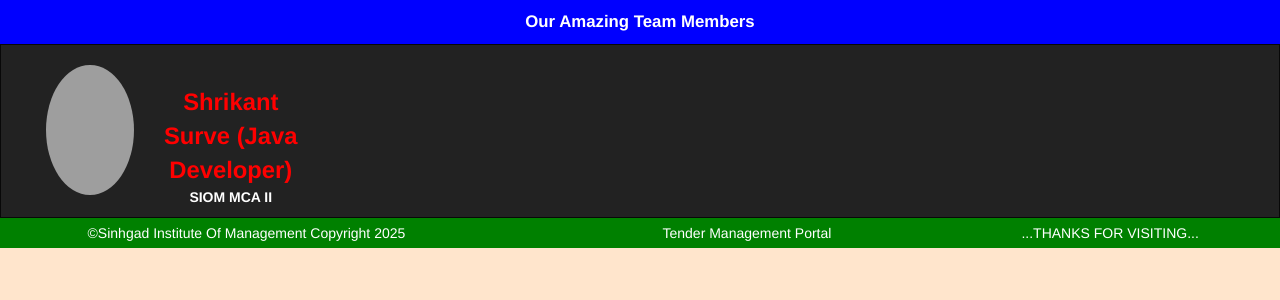
Repository: ShrikantSurve57/Tender-Allotment
Page: http://localhost/tendermanagement/footer.jsp
The author's editor kept a copy of each file at every save. The page is drawn from the files as they stood at one save, then again after the next save.
The browser window is 1280 px wide. The pictures show the whole page.
Pictures or frames that could not be fetched are drawn as grey boxes. Some web fonts or font styles are not loaded; a fallback is used. The page is served by Tomcat 9. Other server files are loaded and not shown.

Above is the page before, as saved 2026-01-19 09:27:55.

### tendermanagement/WebContent/footer.jsp
<%@ page language="java" contentType="text/html; charset=ISO-8859-1"
    pageEncoding="ISO-8859-1"%>
<!DOCTYPE html PUBLIC "-//W3C//DTD HTML 4.01 Transitional//EN" "http://www.w3.org/TR/html4/loose.dtd">
<html lang="en">
  <head>
    <link rel="shortcut icon" type="image/png" href="images/Banner_Hit.png">

    <meta charset="utf-8">
    <meta http-equiv="X-UA-Compatible" content="IE=edge">
    <meta name="viewport" content="width=device-width, initial-scale=1.0">
    <title>Tender Management System</title>
    <link rel="stylesheet" href="css/bootstrap.min.css">
    <link rel="stylesheet" href="css/annimate.css">
    <link href="css/font-awesome.min.css" type="text/css" rel="stylesheet">
    <link href="css/SpryTabbedPanels.css" type="text/css" rel="stylesheet">
    <!--link rel="stylesheet" href="css/styles.css"-->
    <link href="https://fonts.googleapis.com/css?family=Black+Ops+One" rel="stylesheet">
    <link href="css/bootstrap-dropdownhover.min.css">
    <link rel="stylesheet" href="css/style2.css">
  </head>
<body>
</div>
<!-- Now from here the footer section starts-->
<div class="navbar-inverse" style="color:white;padding:10px;margin-bottom:-20px;text-align: center;background-color:blue; border-radius: 0px">
                      <span style="font-size:1.2em;font-weight:bold;">Our Amazing Team Members</span>
</div><br/>
<div class="footer">
  <div class="navbar navbar-inverse" style="border-radius: 0px ;margin-bottom:0px">
          <div class="container-fluid ">

              <br>
              <!-- Developer 1 Mr. Shashi Raj-->
                <div class="col-md-3 col-xs-12 col-sm-3" >
                  <div class="col-md-5 col-xs-5 col-sm-5">
                    <img src=" images/Photoscan18.jpg" class="img-responsive img-circle pull-right" style="width:105px;height:130px;"alt="Shrikant SurveSite Developer" title="Shrikant Surve"/>
                  </div>
                  <div class="col-md-7 col-xs-7 col-sm-7">
                    <div class="developers pull-left" style="font-weight: bold; color:white;text-align: center;">
                    <br/>
                    <span style="font-size: 1.7em; color:red">Shrikant Surve (Java Developer)</span>
<!--                     <p><span>Web Developer</span></p>
 -->                    <p>SIOM MCA II</p>
                    </div>
                  </div>
                </div>







                <!-- Developer 5 Mr. Ayush Dutta-->


                 <br/>
                 <!-- <div style="color:white;text-align: center;">
                      <span>&copy; Copyright 2018</span><p> Aryabhatt Central Library</p>
                </div> -->
          </div> <!-- End of container class-->
    </div><!-- End of navbar class-->
  </div><!-- End of footer class-->
  <div class="navbar-inverse" style="color:white;padding:05px;margin-bottom:-17px;text-align: center;background-color:green; border-radius: 0px">
                      <span style="float:left;padding-left: 6.5%">&copy;Sinhgad Institute Of Management Copyright 2025</span><span style="padding-left:5%;">&nbsp; Tender Management Portal</span><span style="float:right;padding-right: 6%" class="hidden-xs">&nbsp;...THANKS FOR VISITING...</span>
</div><br/>
 <script src="js/jquery-2.1.4.min.js"></script>
  <script src="js/bootstrap.min.js"></script>
  <script src="js/ajax-utils.js"></script>
  <script src="js/script.js"></script>
  <script src="js/bootstrap-dropdownhover.min.js"></script>
</body>
</html>

### tendermanagement/WebContent/css/SpryTabbedPanels.css
@charset "UTF-8";

/* SpryTabbedPanels.css - version 0.6 - Spry Pre-Release 1.6.1 */

/* Copyright (c) 2006. Adobe Systems Incorporated. All rights reserved. */

/* Horizontal Tabbed Panels
 *
 * The default style for a TabbedPanels widget places all tab buttons
 * (left aligned) above the content panel.
 */

/* This is the selector for the main TabbedPanels container. For our
 * default style, this container does not contribute anything visually,
 * but it is floated left to make sure that any floating or clearing done
 * with any of its child elements are contained completely within the
 * TabbedPanels container, to minimize any impact or undesireable
 * interaction with other floated elements on the page that may be used
 * for layout.
 *
 * If you want to constrain the width of the TabbedPanels widget, set a
 * width on the TabbedPanels container. By default, the TabbedPanels widget
 * expands horizontally to fill up available space.
 *
 * The name of the class ("TabbedPanels") used in this selector is not
 * necessary to make the widget function. You can use any class name you
 * want to style the TabbedPanels container.
 */
.TabbedPanels {
	overflow: hidden;
	margin: 0px;
	padding: 0px;
	clear: none;
	width: 100%;
	box-shadow:1px 1px 10px #ccc;/* IE Hack to force proper layout when preceded by a paragraph. (hasLayout Bug)*/
}

/* This is the selector for the TabGroup. The TabGroup container houses
 * all of the tab buttons for each tabbed panel in the widget. This container
 * does not contribute anything visually to the look of the widget for our
 * default style.
 *
 * The name of the class ("TabbedPanelsTabGroup") used in this selector is not
 * necessary to make the widget function. You can use any class name you
 * want to style the TabGroup container.
 */
.TabbedPanelsTabGroup {
	margin: 0px;
	padding: 0px;
}

/* This is the selector for the TabbedPanelsTab. This container houses
 * the title for the panel. This is also the tab "button" that the user clicks
 * on to activate the corresponding content panel so that it appears on top
 * of the other tabbed panels contained in the widget.
 *
 * For our default style, each tab is positioned relatively 1 pixel down from
 * where it wold normally render. This allows each tab to overlap the content
 * panel that renders below it. Each tab is rendered with a 1 pixel bottom
 * border that has a color that matches the top border of the current content
 * panel. This gives the appearance that the tab is being drawn behind the
 * content panel.
 *
 * The name of the class ("TabbedPanelsTab") used in this selector is not
 * necessary to make the widget function. You can use any class name you want
 * to style this tab container.
 */
.TabbedPanelsTab {
	position: relative;
	border-radius:5px;
	top: 1px;
	float: left;
	padding: 10px 46.9px;
	margin: 0px 1px 0px 0px;
	font: bold 0.7em sans-serif;
	background-color: #DDD;
	list-style: none;
	/*border-left: solid 1px #880E4F;
	border-bottom: solid 1px #880E4F;
	border-top: solid 1px #880E4F;
	border-right: solid 1px #880E4F;*/
	-moz-user-select: none;
	-khtml-user-select: none;
	cursor: pointer;
}

/* This selector is an example of how to change the appearnce of a tab button
 * container as the mouse enters it. The class "TabbedPanelsTabHover" is
 * programatically added and removed from the tab element as the mouse enters
 * and exits the container.
 */
.TabbedPanelsTabHover {
	background-color: #CCC;
}

/* This selector is an example of how to change the appearance of a tab button
 * container after the user has clicked on it to activate a content panel.
 * The class "TabbedPanelsTabSelected" is programatically added and removed
 * from the tab element as the user clicks on the tab button containers in
 * the widget.
 *
 * As mentioned above, for our default style, tab buttons are positioned
 * 1 pixel down from where it would normally render. When the tab button is
 * selected, we change its bottom border to match the background color of the
 * content panel so that it looks like the tab is part of the content panel.
 */
.TabbedPanelsTabSelected {
	background-color: #EEE;
	border-bottom: 1px solid #EEE;
}

/* This selector is an example of how to make a link inside of a tab button
 * look like normal text. Users may want to use links inside of a tab button
 * so that when it gets focus, the text *inside* the tab button gets a focus
 * ring around it, instead of the focus ring around the entire tab.
 */
.TabbedPanelsTab a {
	color: black;
	text-decoration: none;
}

/* This is the selector for the ContentGroup. The ContentGroup container houses
 * all of the content panels for each tabbed panel in the widget. For our
 * default style, this container provides the background color and borders that
 * surround the content.
 *
 * The name of the class ("TabbedPanelsContentGroup") used in this selector is
 * not necessary to make the widget function. You can use any class name you
 * want to style the ContentGroup container.
 */
.TabbedPanelsContentGroup {
	clear: both;
	background-color: #fcfafa;
}

/* This is the selector for the Content panel. The Content panel holds the
 * content for a single tabbed panel. For our default style, this container
 * provides some padding, so that the content is not pushed up against the
 * widget borders.
 *
 * The name of the class ("TabbedPanelsContent") used in this selector is
 * not necessary to make the widget function. You can use any class name you
 * want to style the Content container.
 */
.TabbedPanelsContent {
	overflow: hidden;
	padding: 4px;
}

/* This selector is an example of how to change the appearnce of the currently
 * active container panel. The class "TabbedPanelsContentVisible" is
 * programatically added and removed from the content element as the panel
 * is activated/deactivated.
 */
.TabbedPanelsContentVisible {
	   /* border-left: 1px solid #531235;
    border-bottom: 1px solid #531235;
    border-right: 1px solid #531235;
	background:#f8f8f8;
	padding:20px 0;*/
}

/* Vertical Tabbed Panels
 *
 * The following rules override some of the default rules above so that the
 * TabbedPanels widget renders with its tab buttons along the left side of
 * the currently active content panel.
 *
 * With the rules defined below, the only change that will have to be made
 * to switch a horizontal tabbed panels widget to a vertical tabbed panels
 * widget, is to use the "VTabbedPanels" class on the top-level widget
 * container element, instead of "TabbedPanels".
 */

.VTabbedPanels {
	overflow: hidden;
	zoom: 1;
}

/* This selector floats the TabGroup so that the tab buttons it contains
 * render to the left of the active content panel. A border is drawn around
 * the group container to make it look like a list container.
 */
.VTabbedPanels .TabbedPanelsTabGroup {
	float: left;
	width: 10em;
	height: 20em;
	background-color: #EEE;
	position: relative;

}

/* This selector disables the float property that is placed on each tab button
 * by the default TabbedPanelsTab selector rule above. It also draws a bottom
 * border for the tab. The tab button will get its left and right border from
 * the TabGroup, and its top border from the TabGroup or tab button above it.
 */
.VTabbedPanels .TabbedPanelsTab {
	float: none;
	margin: 0px;

}

/* This selector disables the float property that is placed on each tab button
 * by the default TabbedPanelsTab selector rule above. It also draws a bottom
 * border for the tab. The tab button will get its left and right border from
 * the TabGroup, and its top border from the TabGroup or tab button above it.
 */
.VTabbedPanels .TabbedPanelsTabSelected {
	background-color: #EEE;
}

/* This selector floats the content panels for the widget so that they
 * render to the right of the tabbed buttons.
 */
.VTabbedPanels .TabbedPanelsContentGroup {
	clear: none;
	float: left;
	padding: 0px;
	width: 30em;
	height: 20em;
}

/*-------------------------------media query---------------------*/
@media screen and (max-width: 1920px) {
   .TabbedPanelsTab{
	   padding: 10px 97.1px;
  }
}

@media screen and (max-width: 1600px) {
   .TabbedPanelsTab{
	   padding: 10px 68px;
  }
}
@media screen and (max-width: 1440px) {
   .TabbedPanelsTab{
	   padding: 10px 52.3px;
  }
}

@media screen and (max-width: 1366px) {
   .TabbedPanelsTab{
	   padding: 10px 47px;
  }
}

@media screen and (max-width: 1280px) {
   .TabbedPanelsTab{
	   padding: 10px 21.99px;
  }
}
@media screen and (max-width: 1024px){
.TabbedPanelsTab {
    padding: 10px 18.99px;
}
}


/* Styles for Printing */
@media print {
.TabbedPanels {
	overflow: visible !important;
}
.TabbedPanelsContentGroup {
	display: block !important;
	overflow: visible !important;
	height: auto !important;
}
.TabbedPanelsContent {
	overflow: visible !important;
	display: block !important;
	clear:both !important;
}
.TabbedPanelsTab {
	 overflow: visible !important;
	 display: block !important;
	 clear:both !important;
}
}

### tendermanagement/WebContent/css/style2.css
body {
	background-color: #FFE5CC;
}

.my-container {
	background-color: #FFE5CC;
}

.footer {
	/* 	position: fixed;
 */
	margin-bottom: 0px;
}

.navbar-header img {
	margin-top: 10px;
	margin-bottom: 10px;
	margin-right: 10px;
}

.navbar-brand h1 {
	font-size: 2em;
	margin-top: 2px;
	color: #ffffff;
	font-family: 'Black Ops One';
}

.secondnav {
	margin-top: -19.1px;
}

.secondcont {
	margin-left: 13%;
	font-size: 18px;
}

.menusize {
	font-size: 20px;
	margin-top: 20px;
}

#nav-list {
	margin-top: 0px;
	font-weight: bold;
	color: green;
	font-size: 15px;
	margin-left: 0;
}

#nav-list a {
	color: #951C49;
}

.dropdown-menu li a {
	font-weight: bold;
	font-size: 14px;
	color: blue;
}

#nav-list a:hover {
	background-color: red;
	color: white;
	font-weight: bold;
	padding: auto;
	border-radius: 8px;
	margin-top: 0px;
	margin-bottom: 0px;
}

#nav-list a:active {
	background-color: green;
	color: white;
	font-weight: bold;
	padding: auto;
	border-radius: 8px;
	margin-top: 0px;
	margin-bottom: 0px;
}

#na
#nav-list a span {
	font-size: 1.0em;
}

.back {
	margin-top: -20px;
	max-height: 580px;
	width: 1600px;
}
/** Extra smalll devices (portrait phones, less than 576px)**/
@media ( max-width : 575.99px) {
	.navbar-brand h1 {
		font-size: 0.9em;
		margin-top: -5px;
		margin-bottom: -15px;
		color: #ffffff;
	}
	.navbar-header img {
		margin-top: 10px;
		margin-right: 1px;
		margin-left: 2px;
		width: 35px;
		height: 35px;
	}
	.navbar-brand {
		margin-bottom: -23px;
	}
	.navbar-header p {
		margin-top: 5px;
		margin-left: 16%;
		font-size: 1.0em;
		margin-bottom: -10px;
		color: #ccccff;
	}
	.menusize {
		font-size: 14px;
		clear: right;
		margin-top: -20px;
		float: right;
		margin-bottom: 0px;
	}
	.menubar {
		margin-bottom: 13px;
	}
}

/** Small devices (landscape phones, 576px and up)  **/
@media ( min-width : 576px) and (max-width: 767.99px) {
	.navbar-brand h1 {
		font-size: 20px;
		margin-top: 2px;
		color: #ffffff;
		font-family: 'Black Ops One';
	}
	.navbar-header img {
		margin-top: 10px;
		margin-bottom: 10px;
		margin-right: 2px;
		margin-left: 4px;
		width: 60px;
		height: 60px;
	}
	.navbar-header p {
		margin-top: 5px;
		margin-left: 85px;
		font-size: 1.0em;
		color: #ccccff;
	}
	.menusize {
		margin-top: -37px;
	}
	.menubar {
		margin-bottom: 13px;
	}
}

/** Medium devices (tablets, 768px and up) **/
@media ( min-width : 768px) and (max-width: 991.99px) {
	.navbar-brand h1 {
		font-size: 30px;
		margin-top: 2px;
		color: #ffffff;
		font-family: 'Black Ops One';
	}
	.navbar-header img {
		margin-top: 10px;
		margin-bottom: 10px;
		margin-right: 10px;
		width: 70px;
		height: 70px;
	}
	.navbar-header p {
		margin-top: 5px;
		margin-left: 85px;
		font-size: 1.2em;
		color: #ccccff;
	}
	.menusize {
		margin-top: -40px;
	}
	.menubar {
		min-height: 12px;
	}
}

/** Large devices (desktops, 992px and up) **/
@media ( min-width : 992px) and (max-width: 1199.99px) {
	.navbar-brand h1 {
		font-size: 2em;
		margin-top: 2px;
		color: #ffffff;
		font-family: 'Black Ops One';
	}
	.navbar-header p {
		margin-top: 5px;
		margin-left: 85px;
		font-size: 1.5em;
		color: #ccccff;
	}
	.navbar-header img {
		margin-top: 10px;
		margin-bottom: 10px;
		margin-right: 10px;
		width: 80px;
		height: 80px;
	}
	.menubar {
		min-height: 80px;
	}
}

/** Extra large devices (large desktops, 1200px and up) **/
@media ( min-width : 1200px) {
	.navbar-brand h1 {
		font-size: 2em;
		margin-top: 4px;
		color: #ffffff;
		font-family: 'Black Ops One';
	}
	.navbar-header p {
		margin-top: 5px;
		margin-left: 95px;
		font-size: 1.5em;
		color: #ccccff;
	}
	.navbar-header img {
		margin-top: 10px;
		margin-bottom: 10px;
		margin-right: 10px;
		width: 85px;
		height: 85px;
	}
	.menubar {
		min-height: 72px;
	}
}

Loaded but not shown: tendermanagement/WebContent/css/bootstrap.min.css (library); tendermanagement/WebContent/css/font-awesome.min.css (library); tendermanagement/WebContent/js/jquery-2.1.4.min.js (library); tendermanagement/WebContent/js/bootstrap.min.js (library); tendermanagement/WebContent/js/bootstrap-dropdownhover.min.js (library); tendermanagement/WebContent/js/ajax-utils.js (66 lines, source omitted); tendermanagement/WebContent/css/annimate.css (3623 lines, source omitted); tendermanagement/tendermanagement/js/script.js (no stored copy; drawn as an empty file)

After the next save:
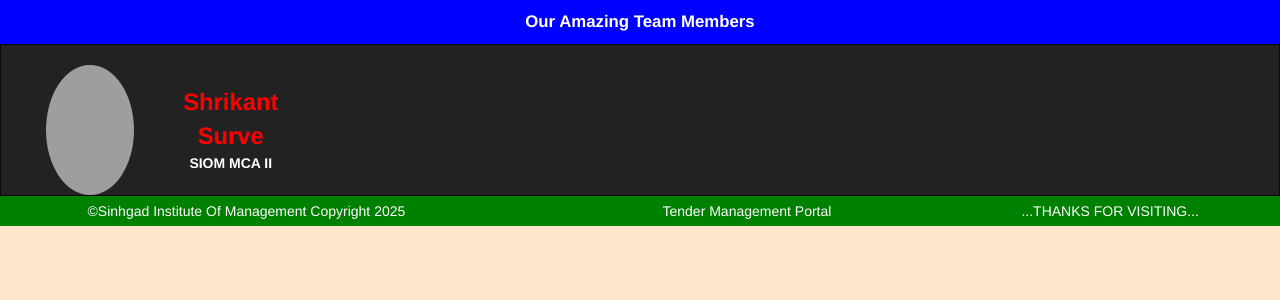
Saved 27 s later.
--- a/tendermanagement/WebContent/footer.jsp
+++ b/tendermanagement/WebContent/footer.jsp
@@ -37,7 +37,7 @@
                   <div class="col-md-7 col-xs-7 col-sm-7">
                     <div class="developers pull-left" style="font-weight: bold; color:white;text-align: center;">
                     <br/>
-                    <span style="font-size: 1.7em; color:red">Shrikant Surve (Java Developer)</span>
+                    <span style="font-size: 1.7em; color:red">Shrikant Surve</span>
 <!--                     <p><span>Web Developer</span></p>
  -->                    <p>SIOM MCA II</p>
                     </div>
